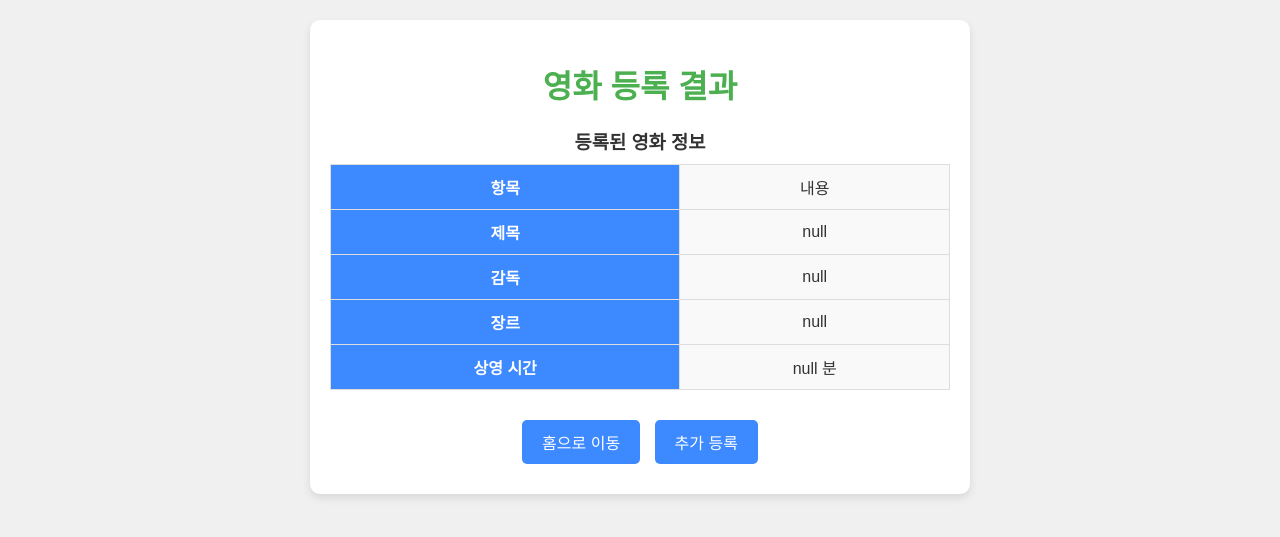
Repository: s00ngle/SSAFY-BE
Page: http://localhost/back_db_ws_01_2/regist_result.jsp
An editor plug-in stored every save of this project. The page is shown before and after the next save, followed by the edit.
The browser window is 1280 px wide. The pictures show the whole page.
The page is served by Tomcat 10. Other server files are loaded and not shown. The template is opened directly, without the code that normally fills it, so the values that code supplies are empty.

Above is the page before, as saved 2024-09-24 04:26:06.

### back_db_ws_01_2/src/main/webapp/regist_result.jsp
<%@ page language="java" contentType="text/html; charset=UTF-8"
    pageEncoding="UTF-8"%>
<!DOCTYPE html>
<html>
<head>
    <title>영화 등록 결과</title>
    <style>
        body {
            font-family: 'Arial', sans-serif;
            background-color: #f0f0f0;
            margin: 0;
            padding: 20px;
            color: #333;
        }

        h1 {
            text-align: center;
            color: #4CAF50;
            margin-bottom: 20px;
        }

        h3 {
            text-align: center;
            color: #333;
            margin-bottom: 10px;
        }

        .container {
            width: 50%;
            margin: 0 auto;
            background-color: #fff;
            padding: 20px;
            box-shadow: 0 4px 8px rgba(0, 0, 0, 0.1);
            border-radius: 10px;
        }

        table {
            width: 100%;
            border-collapse: collapse;
            margin-bottom: 20px;
        }

        th, td {
            padding: 10px;
            text-align: center;
            border: 1px solid #ddd;
        }

        th {
            background-color: #3d89ff;
            color: white;
        }

        td {
            background-color: #f9f9f9;
        }

        a {
            display: inline-block;
            margin: 10px 5px;
            padding: 10px 20px;
            text-decoration: none;
            background-color: #3d89ff;
            color: white;
            border-radius: 5px;
            transition: background-color 0.3s;
        }

        a:hover {
            background-color: #3d89ff;
        }

        .button-container {
            text-align: center;
        }
    </style>
</head>
<body>
    <div class="container">
        <h1>영화 등록 결과</h1>
        <h3>등록된 영화 정보</h3>
        <table>
            <tr>
                <th>항목</th>
                <td>내용</td>
            </tr>
            <tr>
                <th>제목</th>
                <td><%= request.getAttribute("title") %></td>
            </tr>
            <tr>
                <th>감독</th>
                <td><%= request.getAttribute("director") %></td>
            </tr>
            <tr>
                <th>장르</th>
                <td><%= request.getAttribute("genre") %></td>
            </tr>
            <tr>
                <th>상영 시간</th>
                <td><%= request.getAttribute("runningTime") %> 분</td>
            </tr>
        </table>
        <div class="button-container">
            <a href="/">홈으로 이동</a>
            <a href="/regist.html">추가 등록</a>
        </div>
    </div>
</body>
</html>

After the next save:
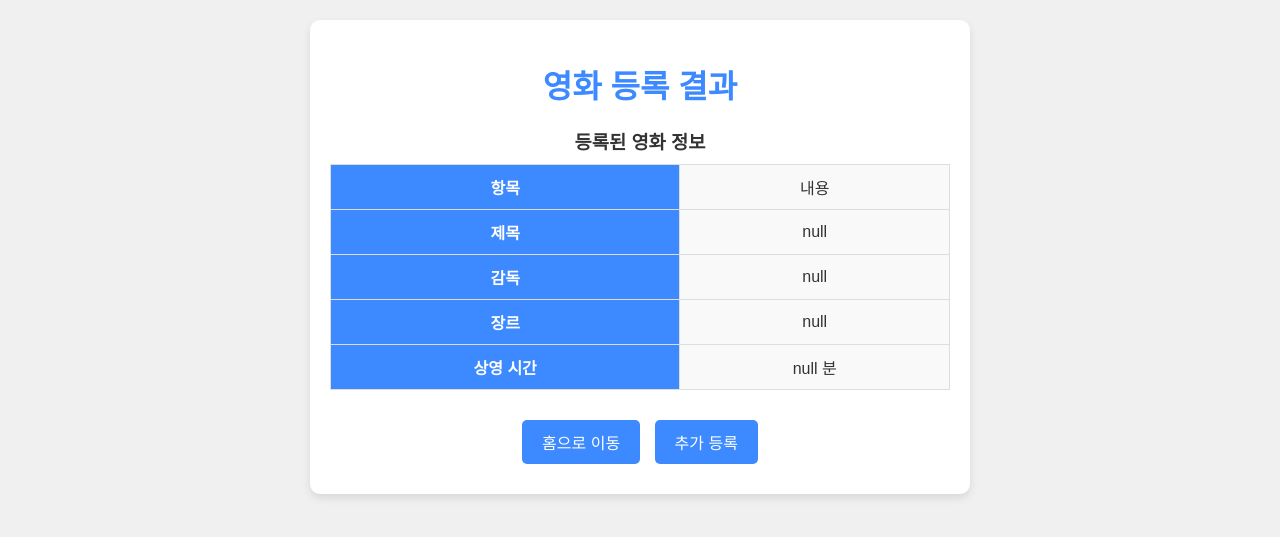
Saved 18 s later.
--- a/back_db_ws_01_2/src/main/webapp/regist_result.jsp
+++ b/back_db_ws_01_2/src/main/webapp/regist_result.jsp
@@ -15,7 +15,7 @@
 
         h1 {
             text-align: center;
-            color: #4CAF50;
+            color: #3d89ff;
             margin-bottom: 20px;
         }
 
